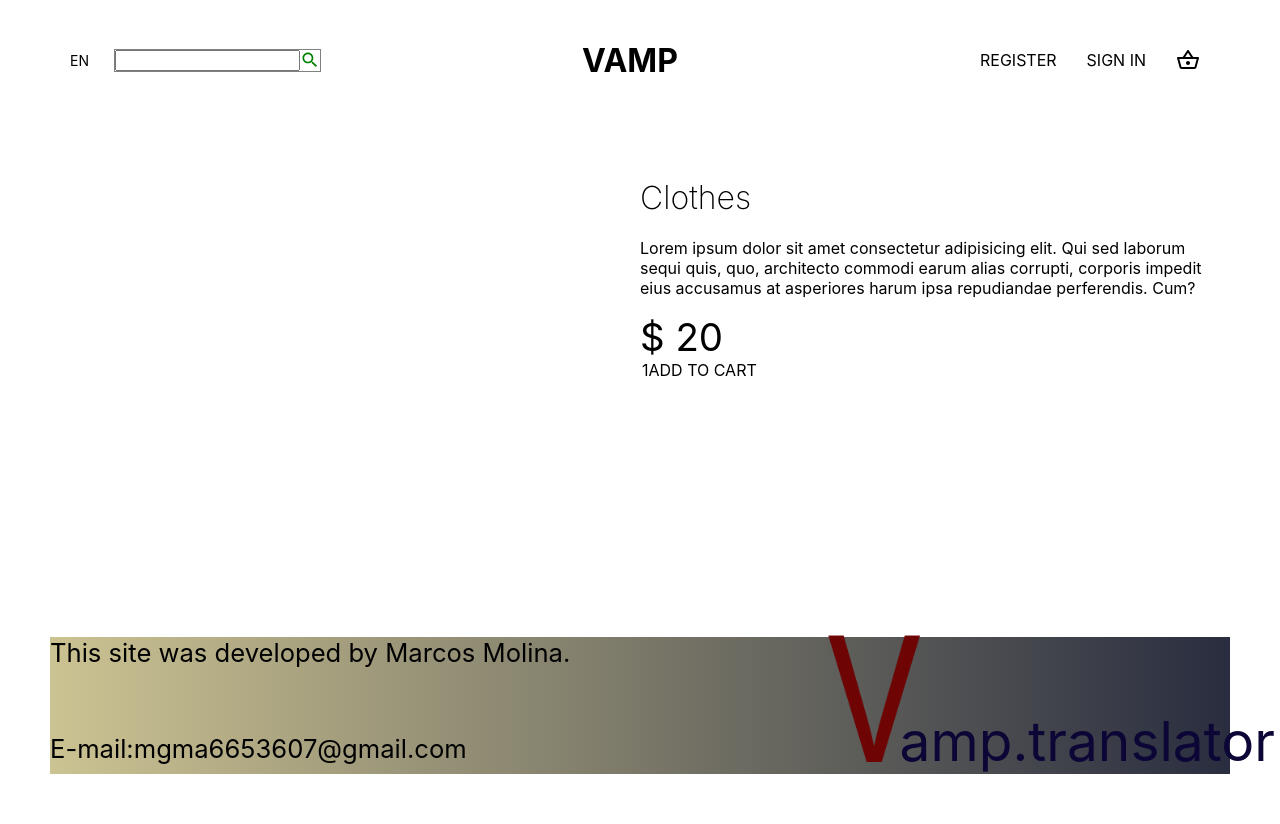
Repository: mgma2005/ecoeli
Page: /
These files come from the project's save history. The page is drawn as it stood at one moment and after the next save; the edit follows.
The browser window is 1280 px wide. The pictures show the part of the page from y = 173 to 997 px (the page is 997 px tall before and 993 px after).
The project was rebuilt for these pictures with package versions that can differ from the ones it lists, and the page was loaded fresh each time. Also part of the build but not shown: src/App.css.

Above is the page before, as saved 2022-05-14 17:48:41.

### src/App.js

import './App.css';
//import Home from './pages/Home';
import React from 'react';
//import ProductList from './pages/ProductList';
import Product from './pages/Product';


function App() {
  return <Product />
}

export default App;

### src/pages/Product.jsx
import { Add } from "@material-ui/icons";
import { Remove } from "@material-ui/icons";
import styled from "styled-components";
//import Product from '../pages/Product';
import Announcement from "../Components/Announcement";
import Navbar from '../pages/Navbar';
import Footer from '../Components/Footer';




const Container = styled.div`
  padding: 50px;

`;

const Wrapper = styled.div`
  display: flex;
`;

const ImgContainer = styled.div`
  flex: 1;
`;

const Image = styled.div`
  width: 100%;
  height: 90vh;
  object-fit: cover;
`;

const InfoContainer = styled.div`
  flex: 1;
  padding: 0px 50 px;
`;

const Title = styled.h1`
  font-weight: 200;
  margin-top: 20%;
`;

const Desc = styled.p``;

const Price = styled.span`
  font-size: 3vw;
`;

const AddContainer = styled.option`
  display: flex;
  align-items: center;
  width: 50%;
  justify-content: space-between;
`;
const AmountContainer = styled.div`
  display: flex;
  align-items: center;
  font-weight: 700;
`;
const Amount = styled.span``;

const Button = styled.button``;





const Product = ({ item }) => {
  return (
    <Container>
        <Announcement/>
        <Navbar/>
        <Wrapper>
        <ImgContainer>
        <Image src="https://www.tactimex.com/wp-content/uploads/2018/11/Googles1.jpg"/>
        </ImgContainer>
        <InfoContainer>
          <Title>Clothes</Title>
          <Desc>Lorem ipsum dolor sit amet consectetur adipisicing elit. Qui sed laborum sequi quis, quo, architecto commodi earum alias corrupti, corporis impedit eius accusamus at asperiores harum ipsa repudiandae perferendis. Cum? </Desc>
          <Price>$ 20</Price>
          <AddContainer>

            <AmountContainer>
              <Remove/>
              <Amount>1</Amount>
              <Add/>
            </AmountContainer>
            <Button>ADD TO CART</Button>
          </AddContainer>
        </InfoContainer>
      </Wrapper>
      <Footer />
    </Container>
  );
};

export default Product;

### src/Components/Announcement.jsx
import styled from "styled-components";
import React from "react";

const Text = styled.div`
  font-size: 5vw;
  text-align: center;
  background-image: url("https://img.freepik.com/foto-gratis/bandera-argentina-sobre-fondo-blanco_532129-292.jpg?w=900");
  background-size: 20vw;
  background-repeat: no-repeat;
  background-position: center;



`

const P = styled.div`
  font-size: 3vw;
`


const Announcement = () => {
  return (
    <Text>
          Wellcome to Miss Argentina...
        <P>
          the most beautifull footwear ever!
        </P>
    </Text>
  )
}

export default Announcement

### src/pages/Navbar.jsx
import React from 'react';
import styled from 'styled-components';
import { Search, ShoppingBasketOutlined } from "@material-ui/icons";
import { Badge } from '@material-ui/core';



const Container = styled.div`
height: 60px;

`

const Wrapper = styled.div`
padding: 10px 20px;
display: flex;
align-items: center;
justify-content: space-between;

`

const Left = styled.div`
flex: 1;
display: flex;
align-items: center;
`

const Language = styled.span`
    font-size: 14px;
    cursor: pointer;
`

const SearchContainer = styled.div`
    border: 1px solid gray;
    display: flex;
    align-items: center;
    margin-left: 25px;
`

const Input = styled.input`
    border= none;
`
const Logo = styled.h1`
    font-weight: bold;
`


const Center = styled.div`
flex: 1;
text-align: center;
`
const Right = styled.div`
flex: 1;
display: flex;
align-items: center;
justify-content: flex-end;
`

const MenuItem = styled.div`
    font-size= 14px;
    cursor: pointer;
`

function Navbar() {
    return (
        <Container>
            <Wrapper>
            <Left>
               <Language>EN</Language>
               <SearchContainer>
                   <Input/>
                   <Search style={{color:"green", fontSize: 20}}/>
               </SearchContainer>
            </Left>
            <Center><Logo>VAMP</Logo></Center>
            <Right style={{padding: 5, margin: 5}}>
                <MenuItem>REGISTER</MenuItem>
                <MenuItem style={{padding: 30}}>SIGN IN</MenuItem>
                <MenuItem>
                <Badge badgecontent={4} color="primary">
                    <ShoppingBasketOutlined/>
                </Badge>
                </MenuItem>

            </Right>
            </Wrapper>
        </Container>
    );
}

export default Navbar;

### src/Components/Footer.jsx
import React from 'react';
import '../style.css';

  function Footer() {
	return (
		<div className="row">
			<div className="cont2">
				<div className="thissite">This site was developed by Marcos Molina.</div>
				<div className="email">E-mail:mgma6653607@gmail.com</div>
				<div className="col-6">
					<div className="V">V</div>
					<div className="ampi">amp.translator</div>
				</div>
			</div>
		</div>
	);
}

export default Footer;

### src/style.css
.cont2{

    width: 100%;
    height: ;
    background: linear-gradient(to right, rgb(204, 195, 146),rgb(41, 45, 63));

}

.thissite{
    font-size: 2vw;
    width: 70vw;

    margin-top: -6%;

}

.email{
    font-size: 2vw;
    align-content: center;
    margin-top: 5.5%;

}

.V{

        color: rgb(110, 4, 4);
        font-family: Courier;
        font-size: 15vw;
        margin-left: 64%;
        margin-top: -13.7%;



        animation-name: vamp;
        animation-timing-function: linear;
        animation-duration: 4s;
        -webkit-transform-origin-x: 5vw;
        animation-iteration-count: infinite;
    }
    @keyframes vamp{
        from{transform: rotateY(0deg);}
        to{transform: rotateY(360deg);}
    }


.ampi{
    font-size: 4.3vw;
    margin-left: 72%;
    margin-top: -9.5%;
    color: rgb(11, 6, 53);



}

Loaded but not shown: public/index.html (common file); src/index.js (common file); src/index.css (common file); src/reportWebVitals.js (common file)

After the next save:
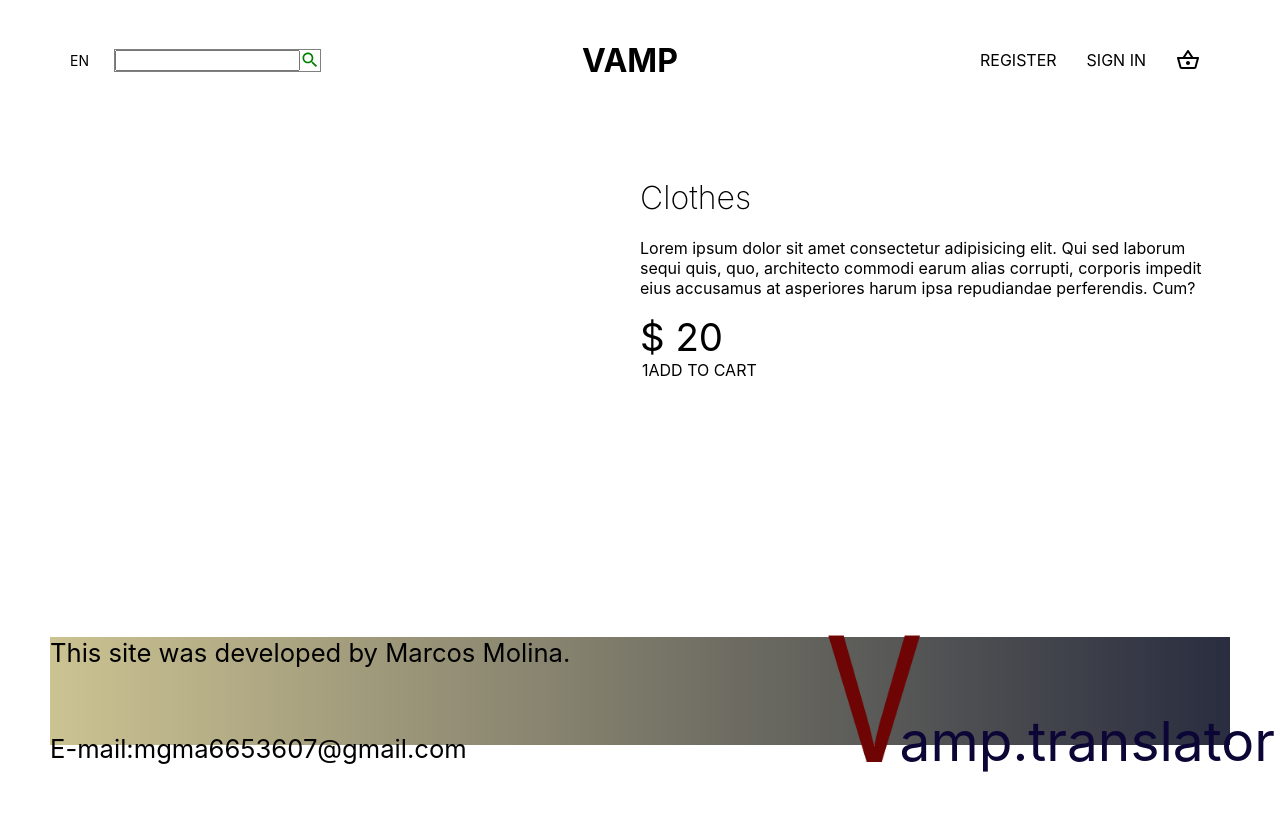
Saved 4 s later.
--- a/src/style.css
+++ b/src/style.css
@@ -1,7 +1,7 @@
 .cont2{
 
     width: 100%;
-    height: ;
+    height: 15vh;;
     background: linear-gradient(to right, rgb(204, 195, 146),rgb(41, 45, 63));
 
 }
